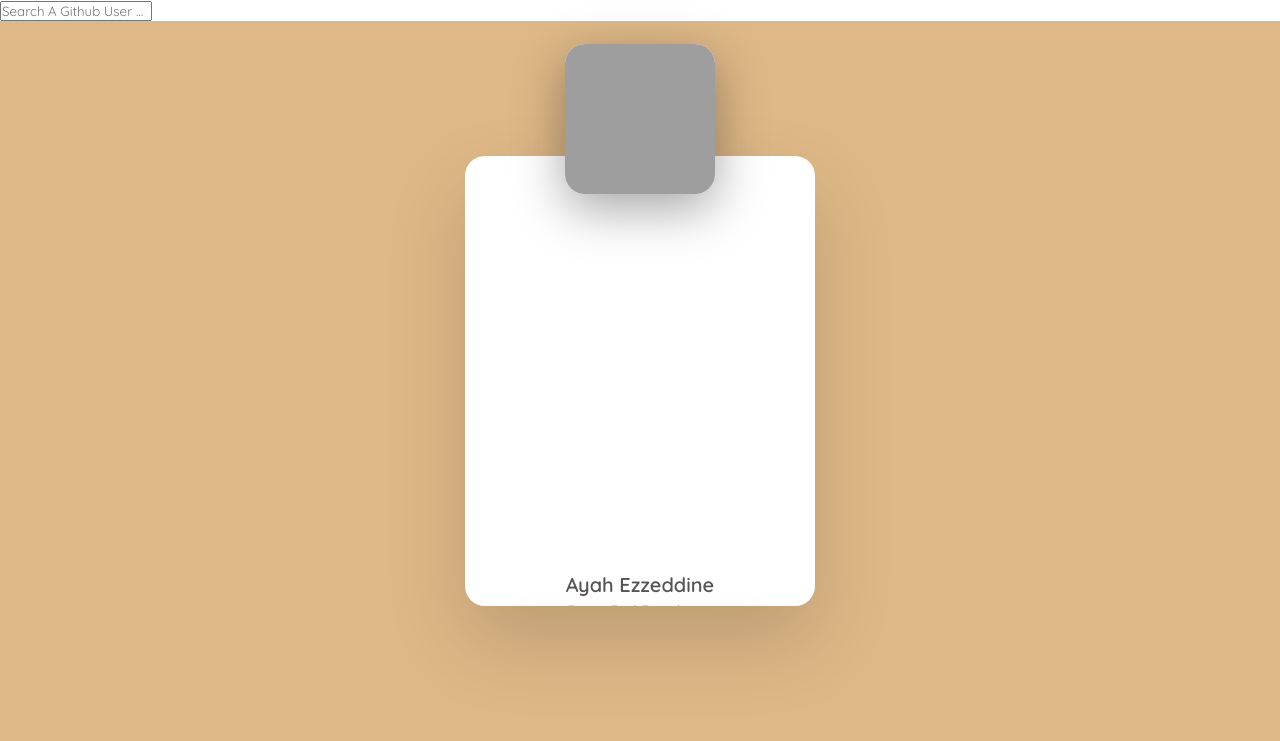
Repository: ayah1996/Github-Profiles
Page: index.html
An editor plug-in stored every save of this project. The page is shown before and after the next save, followed by the edit.
The browser window is 1280 px wide. The pictures show the whole page.
Pictures or frames that could not be fetched are drawn as grey boxes. The page's requests for data from a server got no answer.

Above is the page before, as saved 2023-01-26 14:33:20.

### index.html
<!DOCTYPE html>
<html lang="en">
  <head>
    <meta charset="UTF-8" />
    <meta http-equiv="X-UA-Compatible" content="IE=edge" />
    <meta name="viewport" content="width=device-width, initial-scale=1.0" />
    <link rel="stylesheet" href="style.css" />
    <script src="script.js" defer></script>
    <title>Github Profile</title>
  </head>
  <body>
    <form id="form">
      <input type="text" id="search" placeholder="Search A Github User ..." />
    </form>
    <main id="main">
      <div class="card">
        <div class="imgBox">
          <img src="unnamed.jpg" alt="profile Image" />
        </div>
        <div class="content">
          <div class="details">
            <h2>Ayah Ezzeddine <br /><span> Front-End Developer </span></h2>
            <div class="data">
              <h3>342<br /><span>Followers</span></h3>
              <h3>342<br /><span>Following</span></h3>
              <h3>100<br /><span>Repos</span></h3>
            </div>
          </div>
        </div>
      </div>
    </main>
  </body>
</html>

### style.css
@import url("https://fonts.googleapis.com/css2?family=Quicksand:wght@400;500;600;700&display=swap");

* {
  margin: 0;
  padding: 0;
  box-sizing: border-box;
  font-family: "Quicksand", sans-serif;
}

body {
  margin: 0;
}

#main {
  display: flex;
  justify-content: center;
  align-items: center;
  min-height: 100vh;
  background-color: burlywood;
}

.card {
  position: relative;
  width: 350px;
  /* height: 190px; */
  height: 450px;
  background-color: #fff;
  border-radius: 20px;
  box-shadow: 0 35px 80px rgba(0, 0, 0, 0.15);
  transition: 0.5s;
}

.card:hover {
  height: 450px;
}

.imgBox {
  position: absolute;
  left: 50%;
  top: -25%;
  transform: translateX(-50%);
  width: 150px;
  height: 150px;
  background-color: #fff;
  border-radius: 20px;
  box-shadow: 0 15px 50px rgba(0, 0, 0, 0.35);
  overflow: hidden;
  transition: 0.5s;
}
.card:hover .imgBox {
  width: 250px;
  height: 250px;
}
.imgBox img {
  position: absolute;
  top: 0;
  left: 0;
  width: 100%;
  height: 100%;
  -o-object-fit: cover;
  object-fit: cover;
}

.card .content {
  position: absolute;
  width: 100%;
  height: 100%;
  display: flex;
  justify-content: center;
  align-items: flex-end;
  overflow: hidden;
}

.card .details {
  width: 100%;
  padding: 40px;
  text-align: center;
  transition: 0.5s;
  transform: translateY(135px);
}

.card:hover .details {
  transform: translateY(0px);
}
.card .details h2 {
  font-size: 1.25em;
  font-weight: 600;
  color: #555;
  line-height: 1.2em;
}

.card .details h2 span {
  font-size: 0.75em;
  font-weight: 500;
  opacity: 0.5;
}

.card .details .data {
  display: flex;
  justify-content: space-between;
  margin: 20px 0;
}

.card .details .data h3 {
  font-size: 1em;
  color: #555;
  line-height: 1.2em;
  font-weight: 600;
}
.card .details .data h3 span {
  font-size: 0.85em;
  font-weight: 400;
  opacity: 0.5;
}

### script.js
const APIURL = "https://api.github.com/users/";

const main = document.getElementById("main");
const form = document.getElementById("form");
const search = document.getElementById("search");

getUser("ayah1996");

async function getUser(username) {
  const response = await fetch(APIURL + username);
  const data = await response.json();

  createUserCard(data);
  getRepos(username);
}

async function getRepos(username) {
  const response = await fetch(APIURL + username + "/repos");
  const data = await response.json();

  addReposToCard(data);
}

function createUserCard(user) {
  const cardHTML = ``;
}

After the next save:
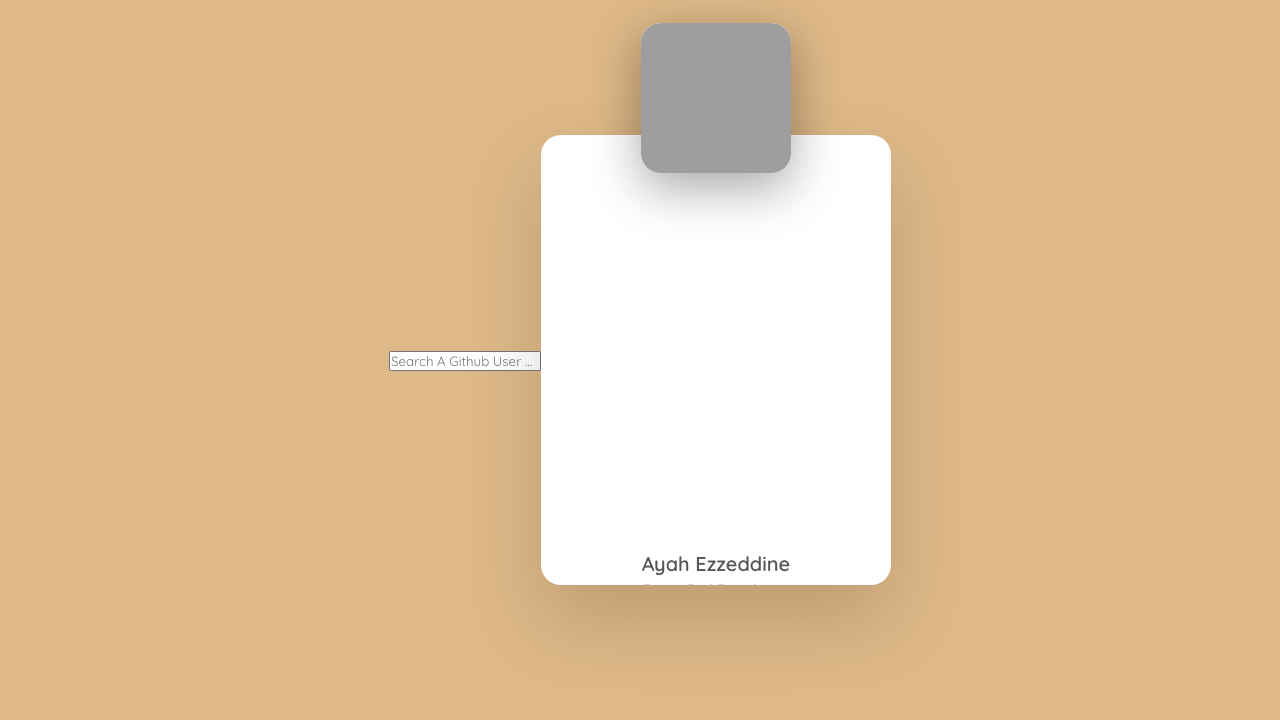
Saved 14 s later.
--- a/index.html
+++ b/index.html
@@ -9,10 +9,10 @@
     <title>Github Profile</title>
   </head>
   <body>
-    <form id="form">
-      <input type="text" id="search" placeholder="Search A Github User ..." />
-    </form>
     <main id="main">
+      <form id="form">
+        <input type="text" id="search" placeholder="Search A Github User ..." />
+      </form>
       <div class="card">
         <div class="imgBox">
           <img src="unnamed.jpg" alt="profile Image" />
